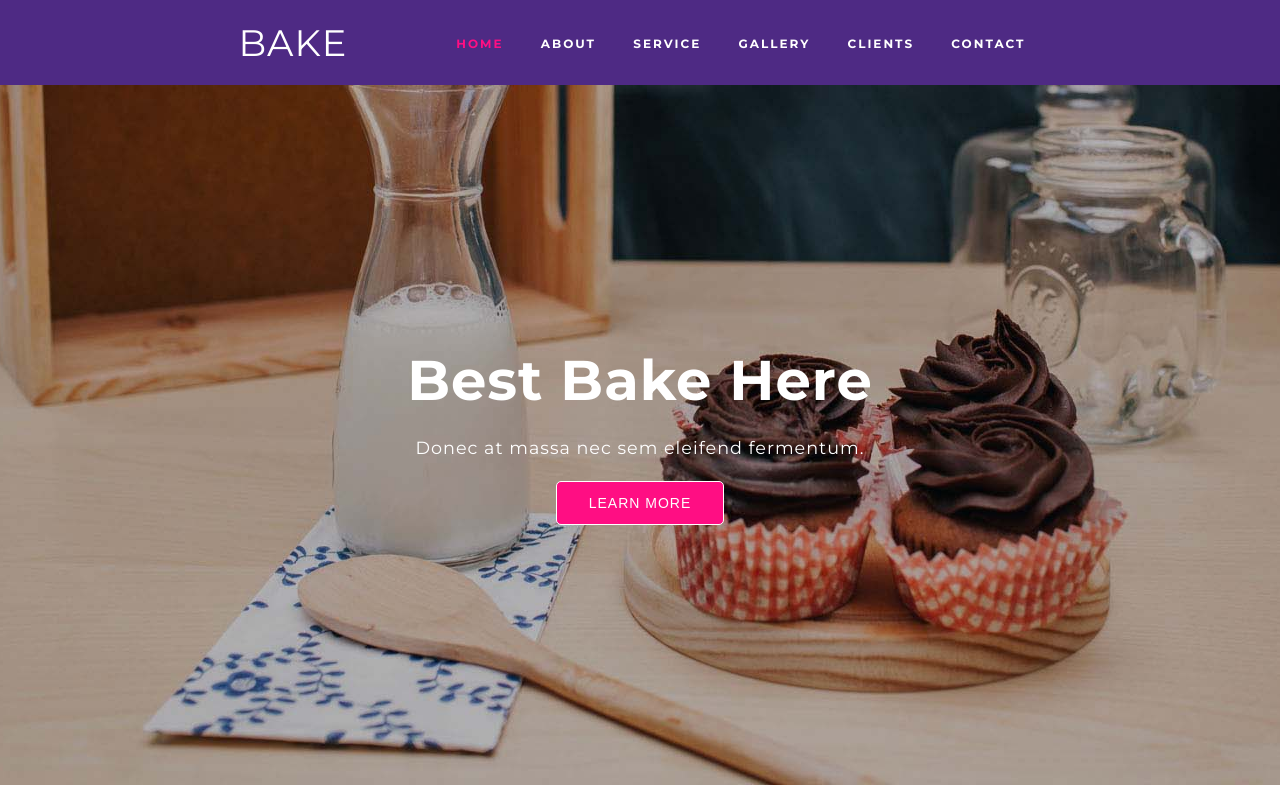
Repository: ducdatit2002/bake-cake
Page: index.html
An editor plug-in stored every save of this project. The page is shown before and after the next save, followed by the edit.
The browser window is 1280 px wide. The pictures show the whole page.

Above is the page before, as saved 2023-07-13 11:57:09.

### index.html
<!DOCTYPE html>
<html lang="en">
<head>
    <meta charset="UTF-8">
    <meta name="viewport" content="width=device-width, initial-scale=1.0">
    <title>BAKE</title>
    <!-- FONT ICON -->
    <link rel="stylesheet" href="https://cdnjs.cloudflare.com/ajax/libs/font-awesome/6.4.0/css/all.min.css"
        integrity="sha512-iecdLmaskl7CVkqkXNQ/ZH/XLlvWZOJyj7Yy7tcenmpD1ypASozpmT/E0iPtmFIB46ZmdtAc9eNBvH0H/ZpiBw=="
        crossorigin="anonymous" referrerpolicy="no-referrer" />
    <!-- FONT GOOGLE -->
    <link rel="preconnect" href="https://fonts.googleapis.com">
    <link rel="preconnect" href="https://fonts.gstatic.com" crossorigin>
    <link href="https://fonts.googleapis.com/css2?family=Montserrat:wght@300;400;700&display=swap" rel="stylesheet">
    <!-- MAIN CSS -->
    <link rel="stylesheet" href="./index.css">

</head>
<body>
    <!-- HEADER -->
    <header>
        <div class="header__content">
            <p>BAKE</p>
            <nav>
                <ul>
                    <li class="active"><a href="#">HOME</a></li>
                    <li><a href="#">ABOUT</a></li>
                    <li><a href="#">SERVICE</a></li>
                    <li><a href="#">GALLERY</a></li>
                    <li><a href="#">CLIENTS</a></li>
                    <li><a href="#">CONTACT</a></li>
                </ul>
            </nav>
        </div>
    </header>
    <!-- CAROUSEL -->
    <section class="carousel">
        <div class="carousel__content">
            <h1>Best Bake Here</h1>
            <p>Donec at massa nec sem eleifend fermentum.</p>
            <button>LEARN MORE</button>
        </div>
    </section>
    <!-- INTRO -->
    <section class="intro">
        <div class="intro__item">
            <div>
                <h3></h3>
            </div>
        </div>
    </section>
    <!-- NUMBER -->
    <section class="number"></section>
    <!-- SERVICES -->
    <section class="services"></section>
    <!-- GALLERY -->
    <section class="gallery"></section>
    <!-- TEAM MEMBER -->
    <section class="team"></section>
    <!-- FEEDBACK -->
    <section class="feedback"></section>
    <!-- CONTACT -->
    <section class="contact"></section>
    <!-- FOOTER -->
    <footer></footer>
</body>
</html>

### index.css
/* GLOBAL */
*{
    margin: 0;
    padding: 0;
    box-sizing: border-box;
}
html{
    font-size: 16px;
    /* 1 rem = 18px */
    /* Không khai báo thì 1 rem là 16px */

}
body {
    font-family: 'Montserrat', sans-serif;
    color: #212529;
    background-color: #fff;
    letter-spacing: 1px;
}
button {
    background-color: #ff0e83;
    border: 1px solid white;
    color: white;
    padding: 13px 32px;
    font-size: 0.875rem;
    border-radius: 5px;
    cursor: pointer;
    letter-spacing: 1px;
    transition: all 0.5s;
}
button:hover {
    background-color: white;
    color: black;
    border-color: #ff0e83;

}
/* HEADER */
header {
    background-color: #4e2a84;
    padding: 20px 0;
}
.header__content {
    width: 70%;
    margin: 0 auto;
    display: flex;
    justify-content: space-around;
    align-items: center;
}
.header__content ul {
    list-style: none;
}
.header__content ul a {
    text-decoration: none;
    color: white;
    font-weight: 700;
    font-size: 0.75rem;
    letter-spacing: 2px;
    /* transition-property: all;
    transition-duration: 1s;
    transition-delay: 0s;
    transition-timing-function: linear; */
    transition: all 1s;
}
.header__content ul a:hover {
    color: #ff0e83;
}
.header__content ul li {
    display: inline;
    margin: 0 1rem;
}
.header__content p {
    color: white;
    font-size: 2.3rem;
    /* 2.3 rem ~ 37px */
}
.header__content ul .active a {
    color: #ff0e83;
}

/* CAROUSEL */
.carousel{
    background-image: url(./img/b3.jpg);
    height: 700px;
    background-size: cover;
    background-position: center;
    color: white;
    text-align: center;
    display: flex;
    justify-content: center;
    align-items: center;
}
.carousel__content h1 {
    font-size: 3.5rem;
}
.carousel__content p {
    font-size: 1.1rem;
    padding: 23px 0;
}

After the next save:
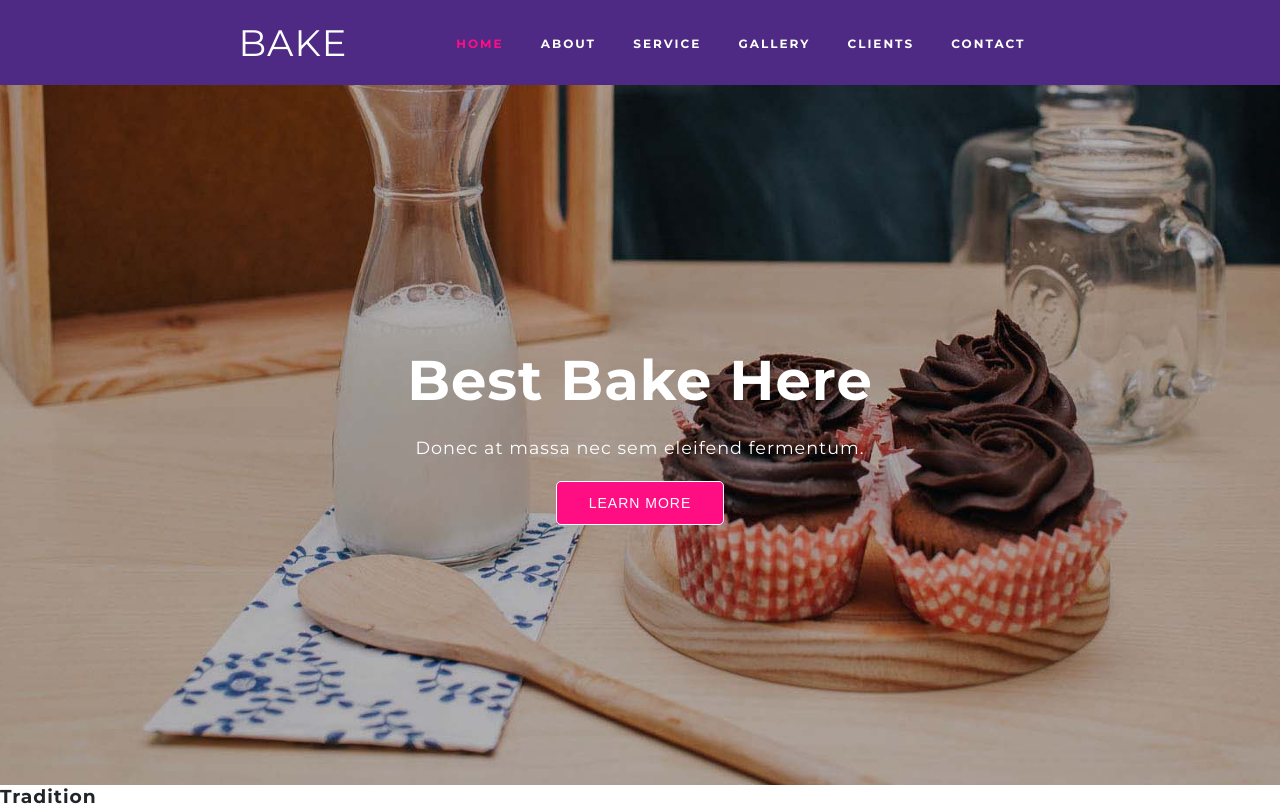
Saved 6 s later.
--- a/index.html
+++ b/index.html
@@ -45,7 +45,7 @@
     <section class="intro">
         <div class="intro__item">
             <div>
-                <h3></h3>
+                <h3>Tradition</h3>
             </div>
         </div>
     </section>

After the save that followed:
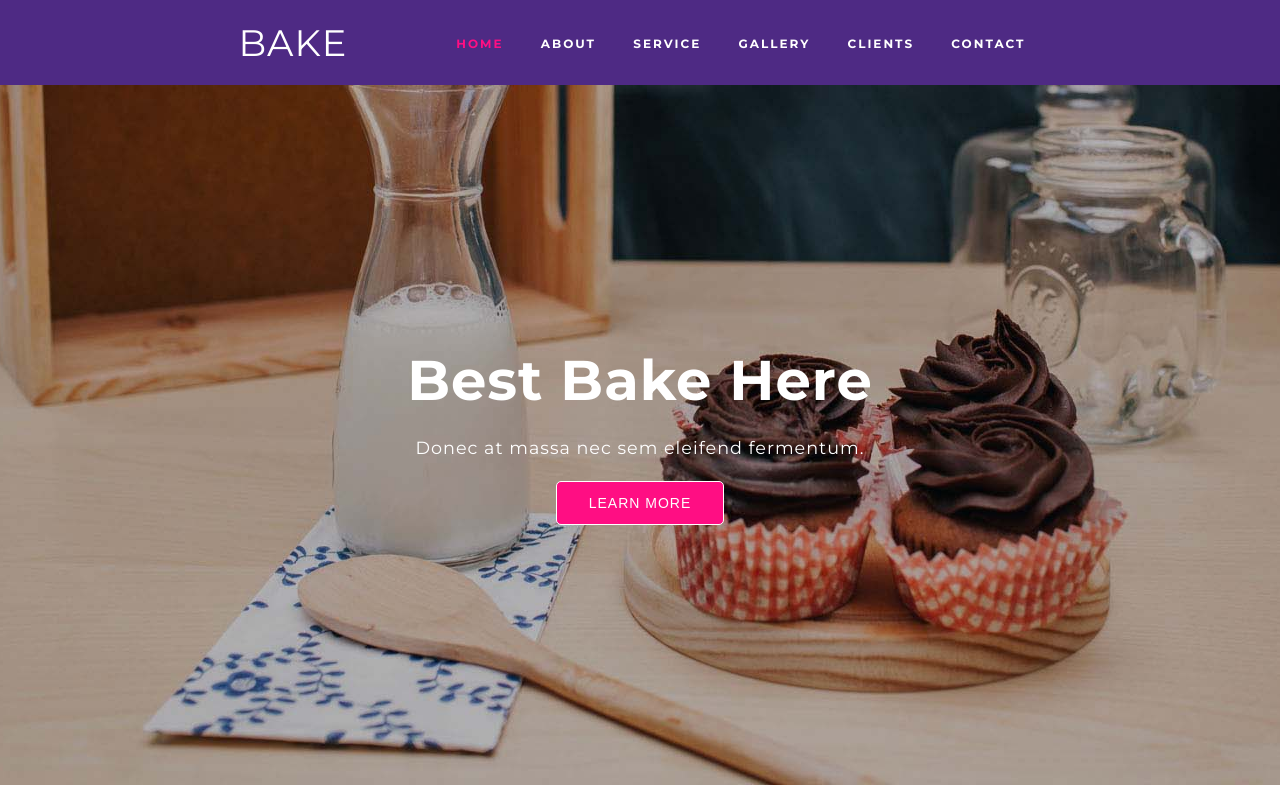
Saved 5 s later.
--- a/index.html
+++ b/index.html
@@ -45,7 +45,7 @@
     <section class="intro">
         <div class="intro__item">
             <div>
-                <h3>Tradition</h3>
+                <h3></h3>
             </div>
         </div>
     </section>
